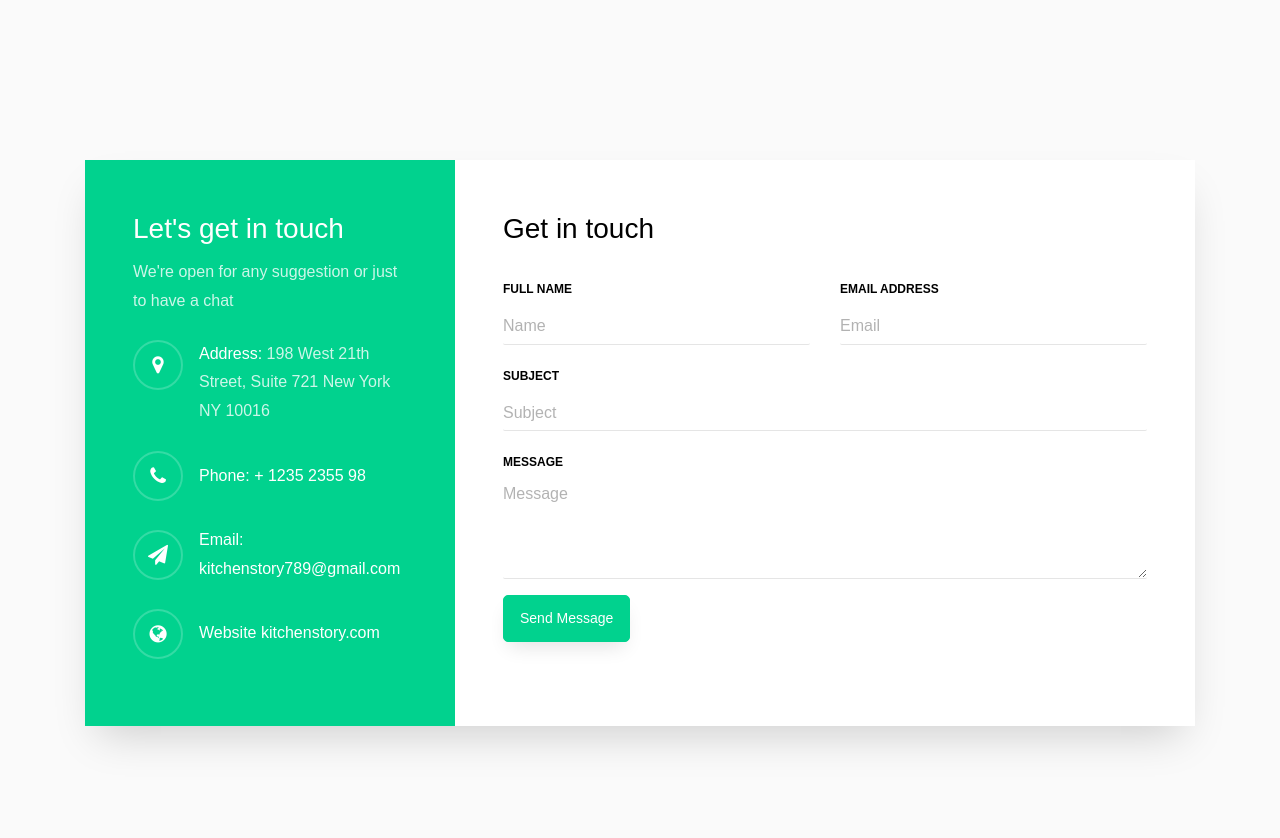
Repository: manishmachha/project-kitchenStory
Page: Phase 4 Kitchen Story/src/main/webapp/MessageUS/messageUs.html
The author's editor kept a copy of each file at every save. The page is drawn from the files as they stood at one save, then again after the next save.
The browser window is 1280 px wide. The pictures show the whole page.

Above is the page before, as saved 2022-03-08 07:01:37.

After the next save:
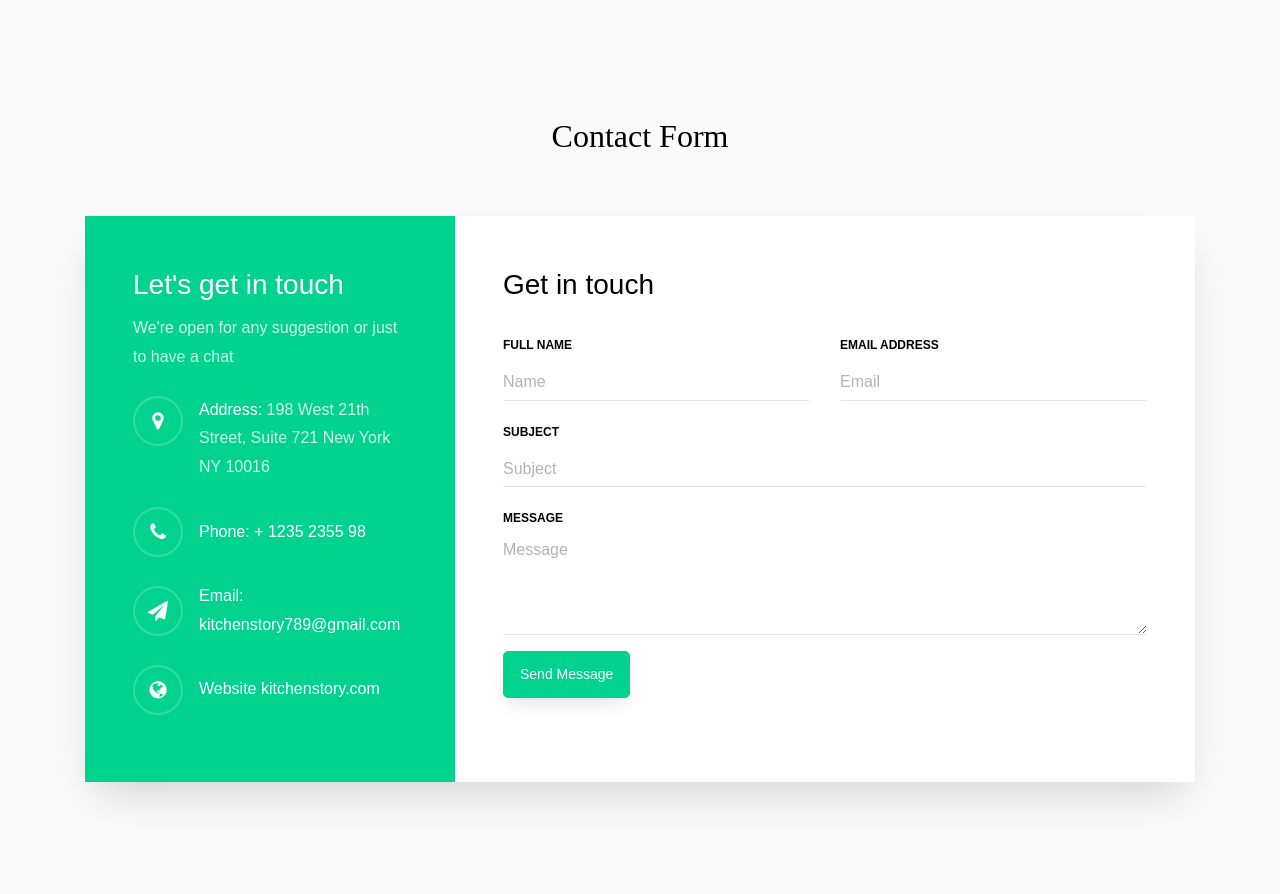
Saved 106 s later.
--- a/Phase 4 Kitchen Story/src/main/webapp/MessageUS/messageUs.html
+++ b/Phase 4 Kitchen Story/src/main/webapp/MessageUS/messageUs.html
@@ -19,6 +19,7 @@
         <div class="container">
             <div class="row justify-content-center">
                 <div class="col-md-6 text-center mb-5">
+                    <h2 class="brand" style="font-family: 'Lobster', cursive;">Contact Form</h2>
                 </div>
             </div>
             <div class="row justify-content-center">
